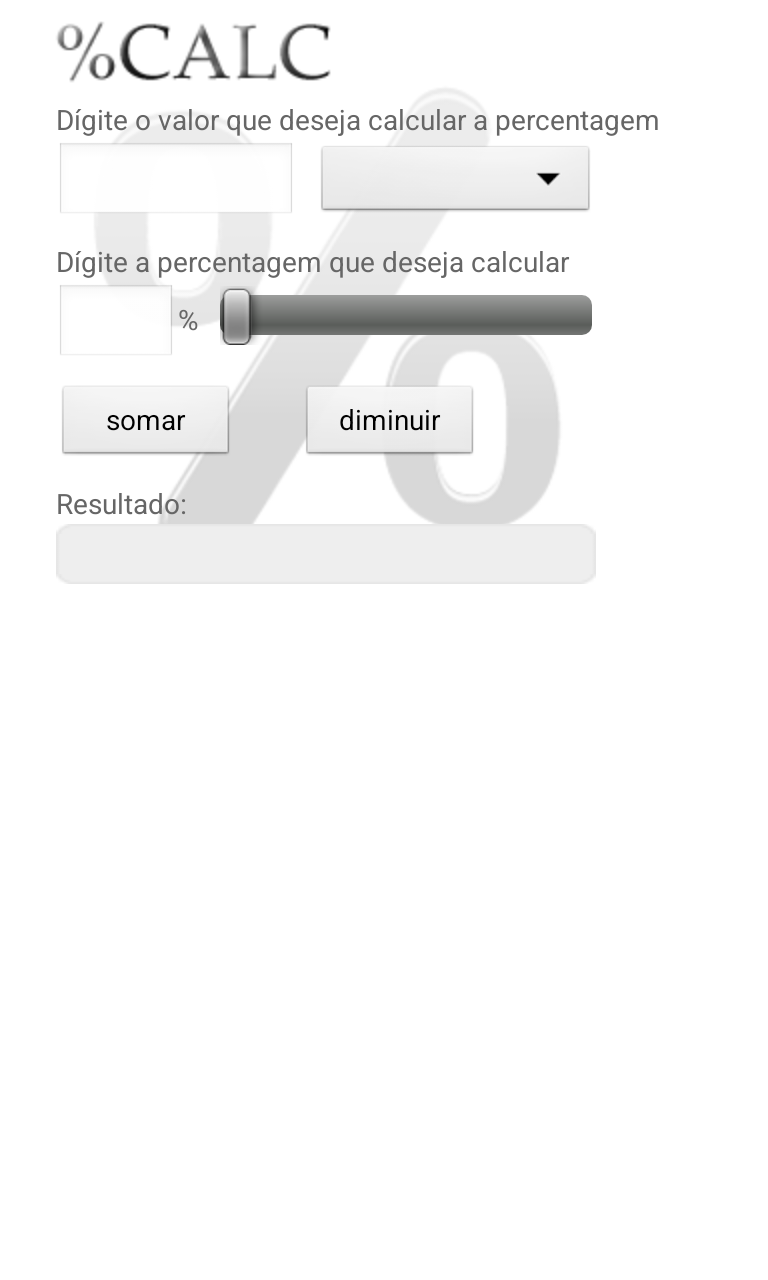
Repository: leoclaro/percentcalc
Layout: CalcularPercentagem/res/layout/main.xml
These files come from the project's save history. The layout is drawn as it stood at one moment and after the next save; the edit follows.
It is drawn on a 768 x 1280 px phone screen (xhdpi) without system bars, with theme android:Theme; the app's code is not run.

Above is the layout before, as saved 2012-05-10 14:26:33.

### CalcularPercentagem/res/layout/main.xml
<?xml version="1.0" encoding="utf-8"?>
<RelativeLayout xmlns:android="http://schemas.android.com/apk/res/android"
    android:layout_width="fill_parent"
    android:layout_height="fill_parent"
    android:background="@android:color/white" >

    <ImageView
        android:id="@+id/imageViewBG"
        android:layout_width="500dp"
        android:layout_height="500dp"
        android:scaleType="matrix"
        android:layout_marginTop="5dp"
        android:contentDescription="@string/image_bg"
        android:src="@drawable/bg" />

    <ScrollView
        android:id="@+id/scrollView1"
        android:layout_width="wrap_content"
        android:layout_height="wrap_content"
        android:layout_marginTop="50dp"
        android:layout_marginBottom="10dp" >

        <RelativeLayout xmlns:android="http://schemas.android.com/apk/res/android"
		    android:layout_width="fill_parent"
		    android:layout_height="wrap_content" >

		    <TextView
		        android:id="@+id/textViewValor"
		        android:layout_width="fill_parent"
		        android:layout_height="wrap_content"
		        android:layout_alignParentLeft="true"
		        android:layout_alignParentTop="true"
		        android:layout_marginLeft="28dp"
		        android:text="@string/label_valor"
		        android:textColor="#ff666666" />

		    <EditText
		        android:id="@+id/editTextValor"
		        android:layout_width="120dp"
		        android:layout_height="40dp"
		        android:layout_alignLeft="@+id/textViewValor"
		        android:layout_below="@+id/textViewValor"
		        android:layout_marginTop="2dp"
		        android:ems="10"
		        android:inputType="numberDecimal" />

		    <Spinner
		        android:id="@+id/spinnerParcelas"
		        android:layout_width="140dp"
		        android:layout_height="40dp"
		        android:layout_below="@+id/textViewValor"
		        android:layout_marginLeft="158dp"
		        android:layout_marginTop="2dp"
		        android:prompt="@array/spinner_parcelas" />

		    <TextView
		        android:id="@+id/textViewPercentagem"
		        android:layout_width="fill_parent"
		        android:layout_height="wrap_content"
		        android:layout_alignLeft="@+id/textViewValor"
		        android:layout_below="@+id/editTextValor"
		        android:layout_marginTop="10dp"
		        android:text="@string/label_percentagem"
		        android:textColor="#ff666666" />

		    <EditText
		        android:id="@+id/editTextPercentagem"
		        android:layout_width="60dp"
		        android:layout_height="40dp"
		        android:layout_alignLeft="@+id/textViewValor"
		        android:layout_below="@+id/textViewPercentagem"
		        android:layout_marginTop="2dp"
		        android:ems="6"
		        android:inputType="numberDecimal" />

		    <TextView
		        android:id="@+id/textViewPercentagemSinal"
		        android:layout_width="fill_parent"
		        android:layout_height="wrap_content"
		        android:layout_below="@+id/textViewPercentagem"
		        android:layout_marginLeft="89dp"
		        android:layout_marginTop="10dp"
		        android:text="@string/label_percentagem_sinal"
		        android:textColor="#ff666666" />

		    <SeekBar
		        android:id="@+id/seekBarPercentagem"
		        android:layout_width="186dp"
		        android:layout_height="wrap_content"
		        android:layout_below="@+id/textViewPercentagem"
		        android:layout_marginLeft="110dp"
		        android:layout_marginTop="3dp"
		        android:max="1000" />

		    <Button
		        android:id="@+id/buttonSomar"
		        android:layout_width="90dp"
		        android:layout_height="40dp"
		        android:layout_alignLeft="@+id/textViewValor"
		        android:layout_below="@+id/editTextPercentagem"
		        android:layout_marginTop="10dp"
		        android:text="@string/button_somar" />

		    <Button
		        android:id="@+id/buttonDiminuir"
		        android:layout_width="90dp"
		        android:layout_height="40dp"
		        android:layout_below="@+id/editTextPercentagem"
		        android:layout_marginLeft="150dp"
		        android:layout_marginTop="10dp"
		        android:text="@string/button_diminuir" />

		    <TextView
	            android:id="@+id/textViewLabelResultado"
	            android:layout_width="fill_parent"
	            android:layout_height="wrap_content"
	            android:layout_alignLeft="@+id/textViewValor"
	            android:layout_marginTop="10dp"
	            android:layout_below="@+id/buttonSomar"
	            android:text="@string/label_resultado"
	            android:textColor="#ff666666" />

		    <RelativeLayout
		        android:id="@+id/relativeLayoutBgResultadoTop"
		        android:layout_width="270dp"
		        android:layout_height="5dp"
		        android:layout_below="@+id/textViewLabelResultado"
		        android:layout_marginTop="1dp"
		        android:layout_alignLeft="@+id/textViewValor"
		        android:background="@drawable/bg_resultado_top">
			</RelativeLayout>

		    <RelativeLayout
		        android:id="@+id/relativeLayoutBgResultado"
		        android:layout_width="270dp"
		        android:layout_height="wrap_content"
		        android:layout_alignLeft="@+id/textViewValor"
		        android:layout_below="@+id/relativeLayoutBgResultadoTop"
		        android:background="@drawable/bg_resultado" >

		        <TextView
		            android:id="@+id/textViewResultado"
		            android:layout_width="fill_parent"
		            android:layout_height="wrap_content"
		            android:layout_marginLeft="12dp"
		            android:layout_marginTop="1dp"
		            android:textColor="#ff666666" />

		    </RelativeLayout>

		    <RelativeLayout
		        android:id="@+id/relativeLayoutBgResultadoBottom"
		        android:layout_width="270dp"
		        android:layout_height="5dp"
		        android:layout_below="@+id/relativeLayoutBgResultado"
		        android:layout_alignLeft="@+id/textViewValor"
		        android:background="@drawable/bg_resultado_bottom">
			</RelativeLayout>

        </RelativeLayout>
    </ScrollView>

</RelativeLayout>

### CalcularPercentagem/res/values/strings.xml
<?xml version="1.0" encoding="utf-8"?>
<resources>

    <string name="label_valor">Dígite o valor que deseja calcular a percentagem</string>
    <string name="app_name">Calcular Percentagem</string>
    <string name="label_percentagem">Dígite a percentagem que deseja calcular</string>
    <string name="label_percentagem_sinal">%</string>
    <string name="label_sobre">sobre</string>
    <string name="button_somar">somar</string>
    <string name="button_diminuir">diminuir</string>
    <string name="image_bg">fundo</string>
    <string name="label_resultado">Resultado: </string>
    <string-array name="spinner_parcelas">
        <item>meses</item>
        <item>1</item>
        <item>2</item>
        <item>3</item>
        <item>4</item>
        <item>5</item>
        <item>6</item>
        <item>7</item>
        <item>8</item>
        <item>9</item>
        <item>10</item>
        <item>11</item>
        <item>12</item>
    </string-array>

</resources>

After the next save:
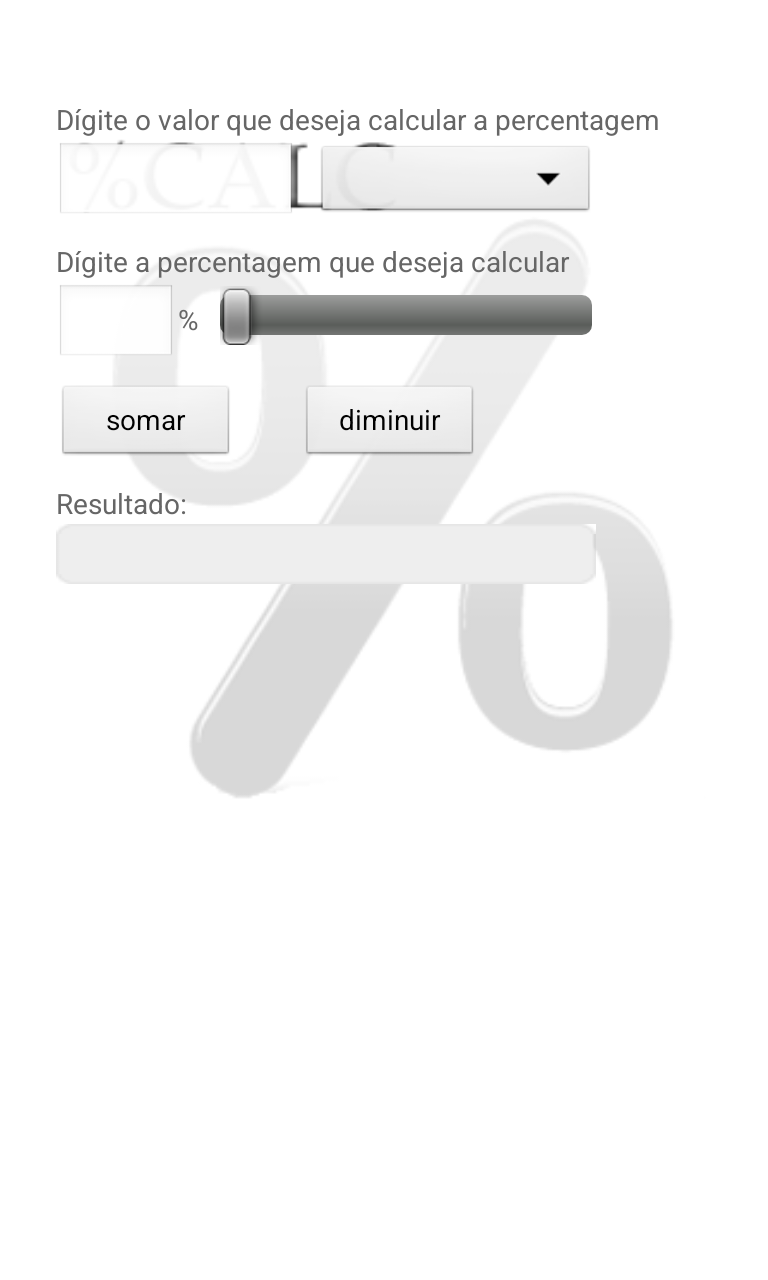
Saved 9 s later.
--- a/CalcularPercentagem/res/layout/main.xml
+++ b/CalcularPercentagem/res/layout/main.xml
@@ -8,7 +8,7 @@
         android:id="@+id/imageViewBG"
         android:layout_width="500dp"
         android:layout_height="500dp"
-        android:scaleType="matrix"
+
         android:layout_marginTop="5dp"
         android:contentDescription="@string/image_bg"
         android:src="@drawable/bg" />

After the save that followed:
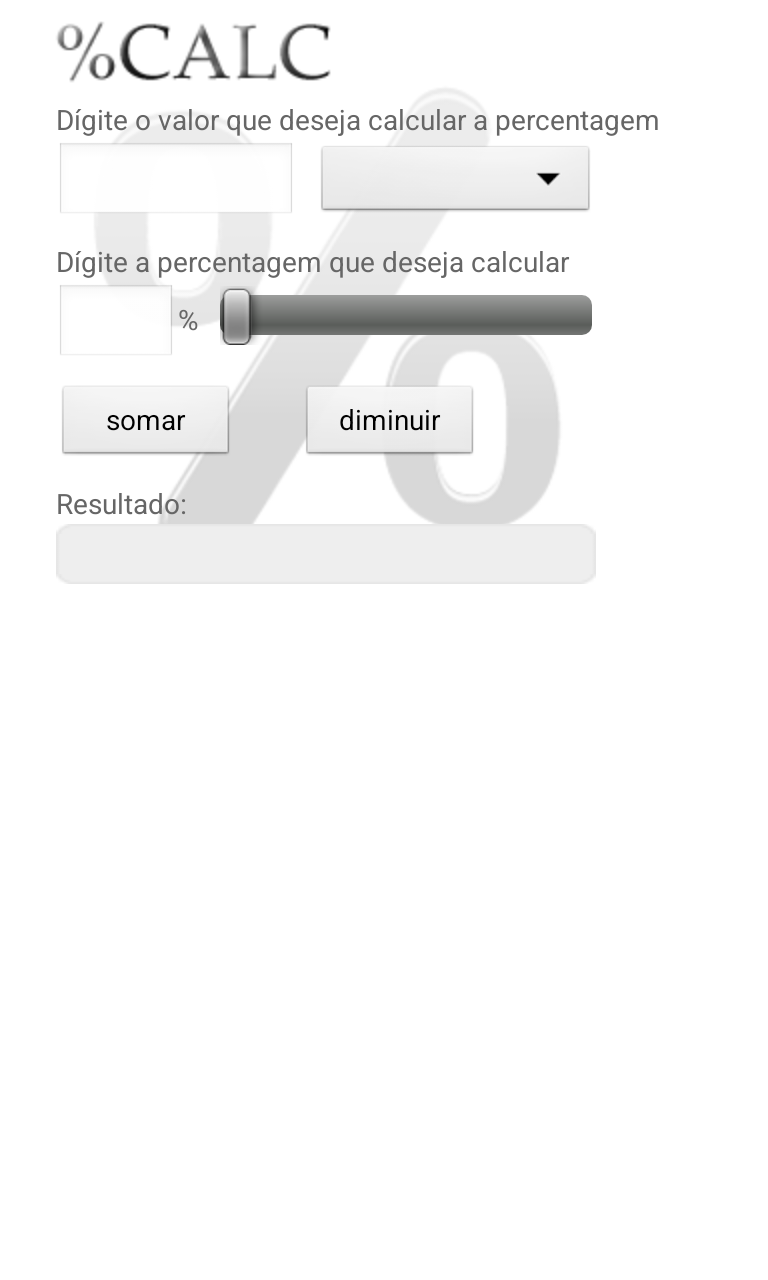
Saved 20 s later.
--- a/CalcularPercentagem/res/layout/main.xml
+++ b/CalcularPercentagem/res/layout/main.xml
@@ -6,9 +6,9 @@
 
     <ImageView
         android:id="@+id/imageViewBG"
-        android:layout_width="500dp"
-        android:layout_height="500dp"
-
+        android:layout_width="300dp"
+        android:layout_height="300dp"
+        android:scaleType="matrix"
         android:layout_marginTop="5dp"
         android:contentDescription="@string/image_bg"
         android:src="@drawable/bg" />
